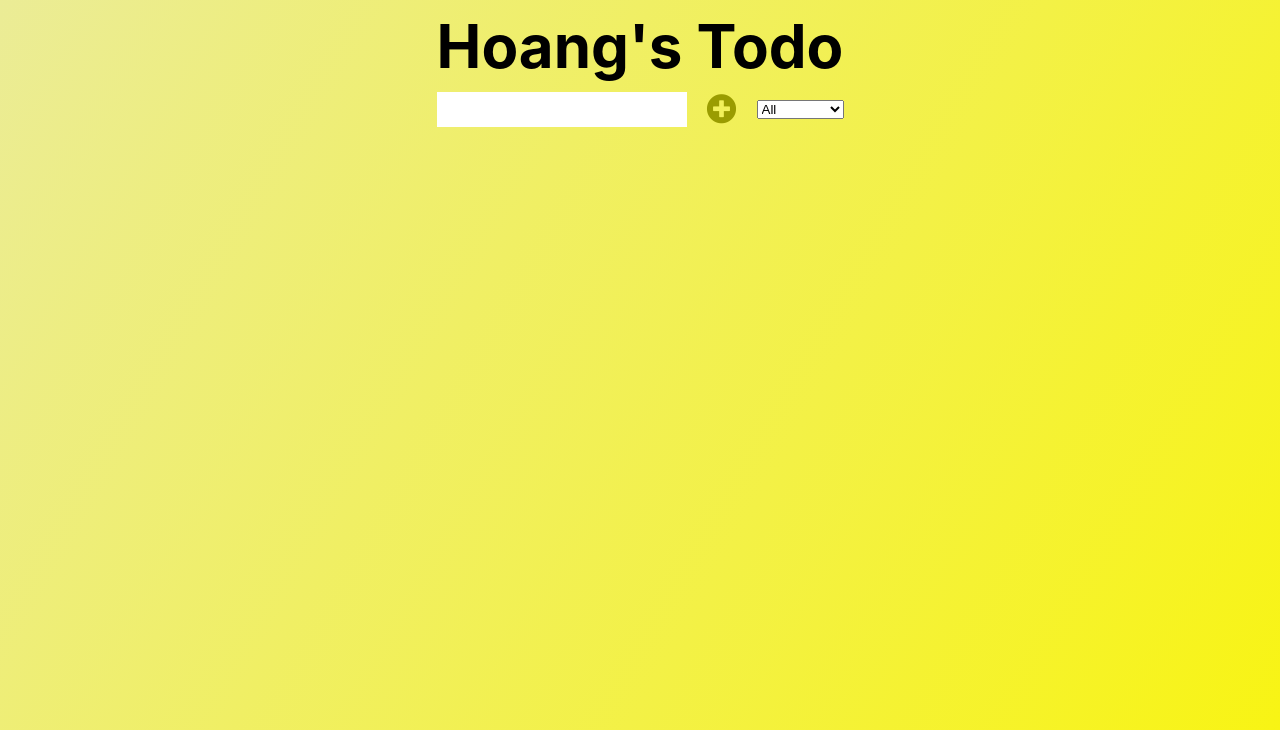
Repository: DinhHoang0607/TodoReact
Page: /
An editor plug-in stored every save of this project. The page is shown before and after the next save, followed by the edit.
The browser window is 1280 px wide. The pictures show the whole page.
Some web libraries are served in a nearby version. The project was rebuilt for these pictures with package versions that can differ from the ones it lists, and the page was loaded fresh each time.

Above is the page before, as saved 2021-09-09 23:45:19.

### public/index.html
<!DOCTYPE html>
<html lang="en">
  <head>
    <meta charset="utf-8" />
    <link rel="icon" href="%PUBLIC_URL%/favicon.ico" />
    <meta name="viewport" content="width=device-width, initial-scale=1" />
    <meta name="theme-color" content="#000000" />
    <meta
      name="description"
      content="Web site created using create-react-app"
    />
    <link rel="apple-touch-icon" href="%PUBLIC_URL%/logo192.png" />
    <!--
      manifest.json provides metadata used when your web app is installed on a
      user's mobile device or desktop. See https://developers.google.com/web/fundamentals/web-app-manifest/
    -->
    <link rel="stylesheet" href="https://pro.fontawesome.com/releases/v5.10.0/css/all.css" integrity="sha384-AYmEC3Yw5cVb3ZcuHtOA93w35dYTsvhLPVnYs9eStHfGJvOvKxVfELGroGkvsg+p" crossorigin="anonymous"/>
    <link rel="manifest" href="%PUBLIC_URL%/manifest.json" />
    <!--
      Notice the use of %PUBLIC_URL% in the tags above.
      It will be replaced with the URL of the `public` folder during the build.
      Only files inside the `public` folder can be referenced from the HTML.

      Unlike "/favicon.ico" or "favicon.ico", "%PUBLIC_URL%/favicon.ico" will
      work correctly both with client-side routing and a non-root public URL.
      Learn how to configure a non-root public URL by running `npm run build`.
    -->
    <title>React App</title>
  </head>
  <body>
    <noscript>You need to enable JavaScript to run this app.</noscript>
    <div id="root"></div>
    <!--
      This HTML file is a template.
      If you open it directly in the browser, you will see an empty page.

      You can add webfonts, meta tags, or analytics to this file.
      The build step will place the bundled scripts into the <body> tag.

      To begin the development, run `npm start` or `yarn start`.
      To create a production bundle, use `npm run build` or `yarn build`.
    -->
  </body>
</html>

### src/App.js
import "./App.css";
import React from "react";
import Form from "./components/Form";

function App() {
  return (
    <div className="App">
      <header>
        <h1>Hoang's Todo</h1>
      </header>
      <Form />
    </div>
  );
}

export default App;

### src/App.css
*,
*::before,
*::after {
  box-sizing: border-box;
  padding: 0;
  margin: 0;
}
html {
  font-size: 62.5%;
}
body {
  width: 100%;
  height: 100vh;
  background-image: linear-gradient(120deg, #ebec96 0%, #f8f414 100%);
}
header {
  font-size: 3rem;
  margin: 1rem auto;
}
header,
form {
  display: flex;
  justify-content: center;
  align-items: center;
}
.form__input {
  width: 25rem;
  height: 3.5rem;
  border: none;
  background: white;
}
.btn {
  cursor: pointer;
}
.form__btn {
  color: #9a9c01;
  margin: auto 2rem;
  /* width: 3.5rem;
  height: 3.5rem; */
  /* border-radius: 50%; */
  font-size: 3rem;
  border: none;
  transition: all 0.3s ease;
  background: none;
}
.form__btn:hover{
  color:rgb(27, 247, 255)
}
.form__select{

}

### src/components/Form.js
import React from "react";
const Form = () => {
  return (
    <form className="form">
      <input type="text" className="form__input" />
      <button className="form__btn btn" type="submit">
        <i class="fas fa-plus-circle"></i>
      </button>
      <div className="form__select">
        <select name="items" className="select__item">
          <option value="all" selected="selected">
            All
          </option>
          <option value="completed">Completed</option>
          <option value="inProcess">InProcess</option>
        </select>
      </div>
    </form>
  );
};

export default Form;

Loaded but not shown: src/index.js (common file); src/index.css (common file); src/reportWebVitals.js (common file)

After the next save:
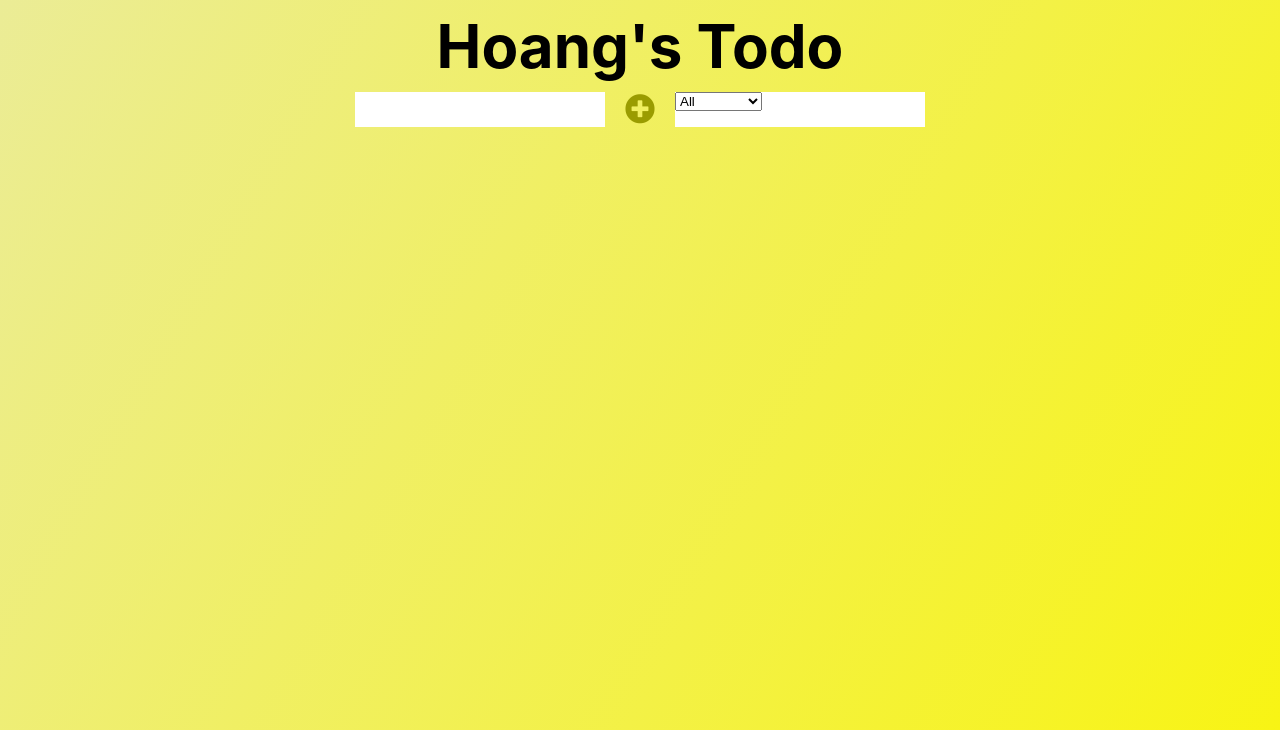
Saved 16 s later.
--- a/src/App.css
+++ b/src/App.css
@@ -47,5 +47,8 @@
   color:rgb(27, 247, 255)
 }
 .form__select{
-
+  width: 25rem;
+  height: 3.5rem;
+  border: none;
+  background: white;
 }

After the 2 saves that followed:
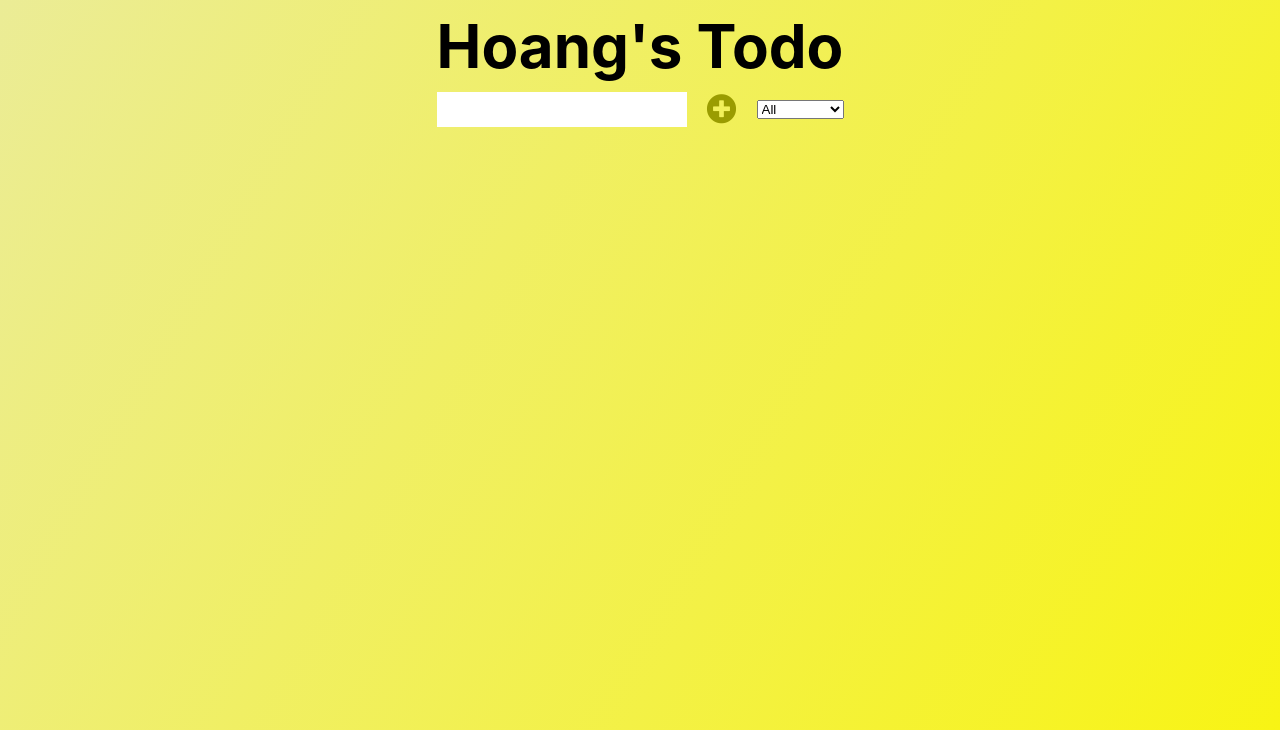
The 2 saves are shown as one change because 1 left the picture as it was.
The last was saved 15 s later.
--- a/src/App.css
+++ b/src/App.css
@@ -47,8 +47,5 @@
   color:rgb(27, 247, 255)
 }
 .form__select{
-  width: 25rem;
-  height: 3.5rem;
-  border: none;
-  background: white;
+
 }
